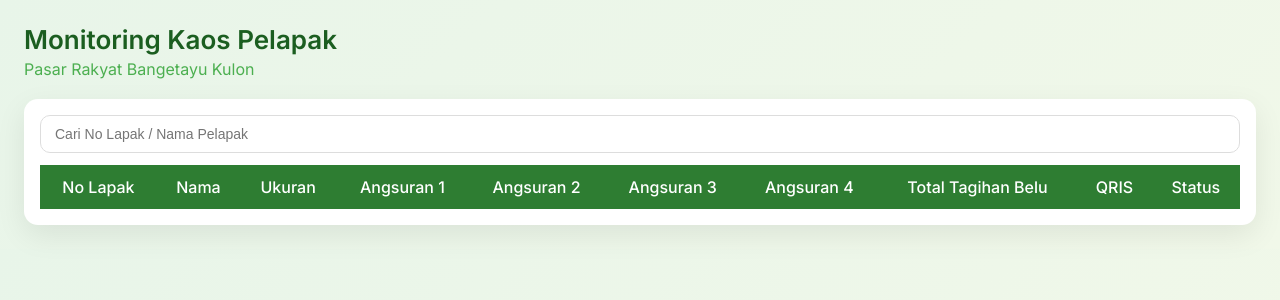
Repository: pasarrakyatbak/monitoringpembayarankaos
Page: index.html
An editor plug-in stored every save of this project. The page is shown before and after a run of saves, followed by the edit.
The browser window is 1280 px wide. The pictures show the whole page.
The page's requests for data from a server got no answer.

Above is the page before, as saved 2026-01-04 13:39:53.

### index.html
<!DOCTYPE html>
<html lang="id">

<head>
    <meta charset="UTF-8">
    <meta name="viewport" content="width=device-width, initial-scale=1.0">
    <title>Monitoring Kaos Pelapak</title>

    <!-- Font -->
    <link rel="preconnect" href="https://fonts.googleapis.com">
    <link rel="preconnect" href="https://fonts.gstatic.com" crossorigin>
    <link href="https://fonts.googleapis.com/css2?family=Inter:wght@400;500;600&display=swap" rel="stylesheet">

    <link rel="stylesheet" href="style.css">
</head>

<body>

    <div class="app">
        <header class="header">
            <h1>Monitoring Kaos Pelapak</h1>
            <p>Pasar Rakyat Bangetayu Kulon</p>
        </header>

        <div class="card">
            <div class="toolbar">
                <input type="text" id="searchInput" placeholder="Cari No Lapak / Nama Pelapak">
            </div>

            <table>
                <thead>
                    <tr>
                        <th>No Lapak</th>
                        <th>Nama</th>
                        <th>Ukuran</th>
                        <th>Angsuran 1</th>
                        <th>Angsuran 2</th>
                        <th>Angsuran 3</th>
                        <th>Angsuran 4</th>
                        <th>Total Tagihan Belu</th>
                        <th>QRIS</th>
                        <th>Status</th>
                    </tr>
                </thead>
                <tbody></tbody>
            </table>
        </div>
    </div>

    <script src="script.js"></script>
</body>

</html>

### style.css
* {
  box-sizing: border-box;
}

body {
  margin: 0;
  font-family: 'Inter', sans-serif;
  background: linear-gradient(135deg, #e8f5e9, #f1f8e9);
}

.app {
  padding: 24px;
}

.header h1 {
  margin: 0;
  font-size: 26px;
  font-weight: 600;
  color: #1b5e20;
}

.header p {
  margin-top: 4px;
  color: #4caf50;
}

.card {
  margin-top: 20px;
  background: #fff;
  border-radius: 14px;
  padding: 16px;
  box-shadow: 0 10px 30px rgba(0, 0, 0, 0.08);
  overflow-x: auto;
}

.toolbar {
  margin-bottom: 12px;
}

.toolbar input {
  width: 100%;
  padding: 10px 14px;
  border-radius: 10px;
  border: 1px solid #ddd;
  font-size: 14px;
}

.toolbar input:focus {
  outline: none;
  border-color: #2e7d32;
}

table {
  width: 100%;
  border-collapse: collapse;
}

th {
  background: #2e7d32;
  color: white;
  padding: 12px;
  font-weight: 500;
}

td {
  padding: 10px;
  text-align: center;
  border-bottom: 1px solid #eee;
}

tr:hover {
  background: #f9f9f9;
}

input[type="checkbox"] {
  width: 18px;
  height: 18px;
  accent-color: #2e7d32;
  cursor: pointer;
}

.status-lunas {
  color: #2e7d32;
  font-weight: 600;
}

.status-belum {
  color: #f57c00;
}

@media (max-width: 768px) {

  th,
  td {
    font-size: 12px;
    padding: 8px;
  }
}

### script.js
const API_URL = "https://script.google.com/macros/s/AKfycby4z2qZ24SrJkcyGpybH29lSUC_3_z1LG-7wSmTzpaOEXrwjXf0Cl3hqkg95qAxPj1-/exec";
let allData = [];

document.addEventListener('DOMContentLoaded', () => {
    const searchInput = document.getElementById('searchInput');
    const tbody = document.querySelector('tbody');

    async function loadData() {
        const res = await fetch(API_URL + "?action=list");
        const data = await res.json();
        allData = data;
        renderTable(data);
    }

    function renderTable(data) {
        tbody.innerHTML = '';
        data.forEach((row, index) => {
            const statusText = row.lunas ? 'Lunas' : 'Belum Lunas';
            const statusClass = row.lunas ? 'status-lunas' : 'status-belum';

            const tr = document.createElement('tr');
            tr.innerHTML = `
        <td>${row.noLapak}</td>
        <td>${row.nama}</td>
        <td>${row.ukuran}</td>
        <td>${row.a1}</td>
        <td>${row.a2}</td>
        <td>${row.a3}</td>
        <td>${row.a4}</td>
        <td>Rp ${row.total.toLocaleString('id-ID')}</td>
        <td>
          <input type="checkbox" ${row.qris ? 'checked' : ''} data-index="${index}">
        </td>
        <td class="${statusClass}">${statusText}</td>
      `;
            tbody.appendChild(tr);
        });
    }

    tbody.addEventListener('change', async (e) => {
        if (e.target.type === 'checkbox') {
            const index = e.target.dataset.index;

            const formData = new FormData();
            formData.append("action", "updateQRIS");
            formData.append("index", index);
            formData.append("qris", e.target.checked ? "true" : "false");

            await fetch(API_URL, {
                method: "POST",
                body: formData
            });

            loadData();
        }
    });

    searchInput.addEventListener('keyup', () => {
        const keyword = searchInput.value.toLowerCase();
        const filtered = allData.filter(item =>
            item.noLapak.toString().includes(keyword) ||
            item.nama.toLowerCase().includes(keyword)
        );
        renderTable(filtered);
    });

    loadData();
});

After the next 2 saves:
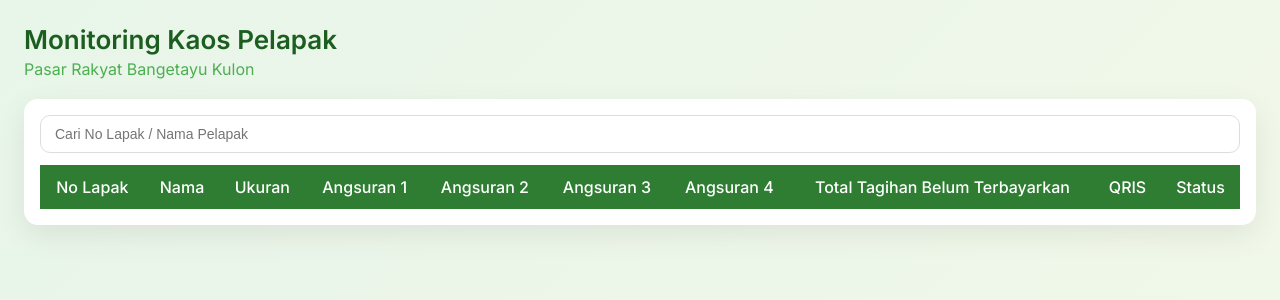
The 2 saves are shown as one change because they came seconds apart.
The last was saved 6 s later.
--- a/index.html
+++ b/index.html
@@ -37,7 +37,7 @@
                         <th>Angsuran 2</th>
                         <th>Angsuran 3</th>
                         <th>Angsuran 4</th>
-                        <th>Total Tagihan Belu</th>
+                        <th>Total Tagihan Belum Terbayarkan</th>
                         <th>QRIS</th>
                         <th>Status</th>
                     </tr>
